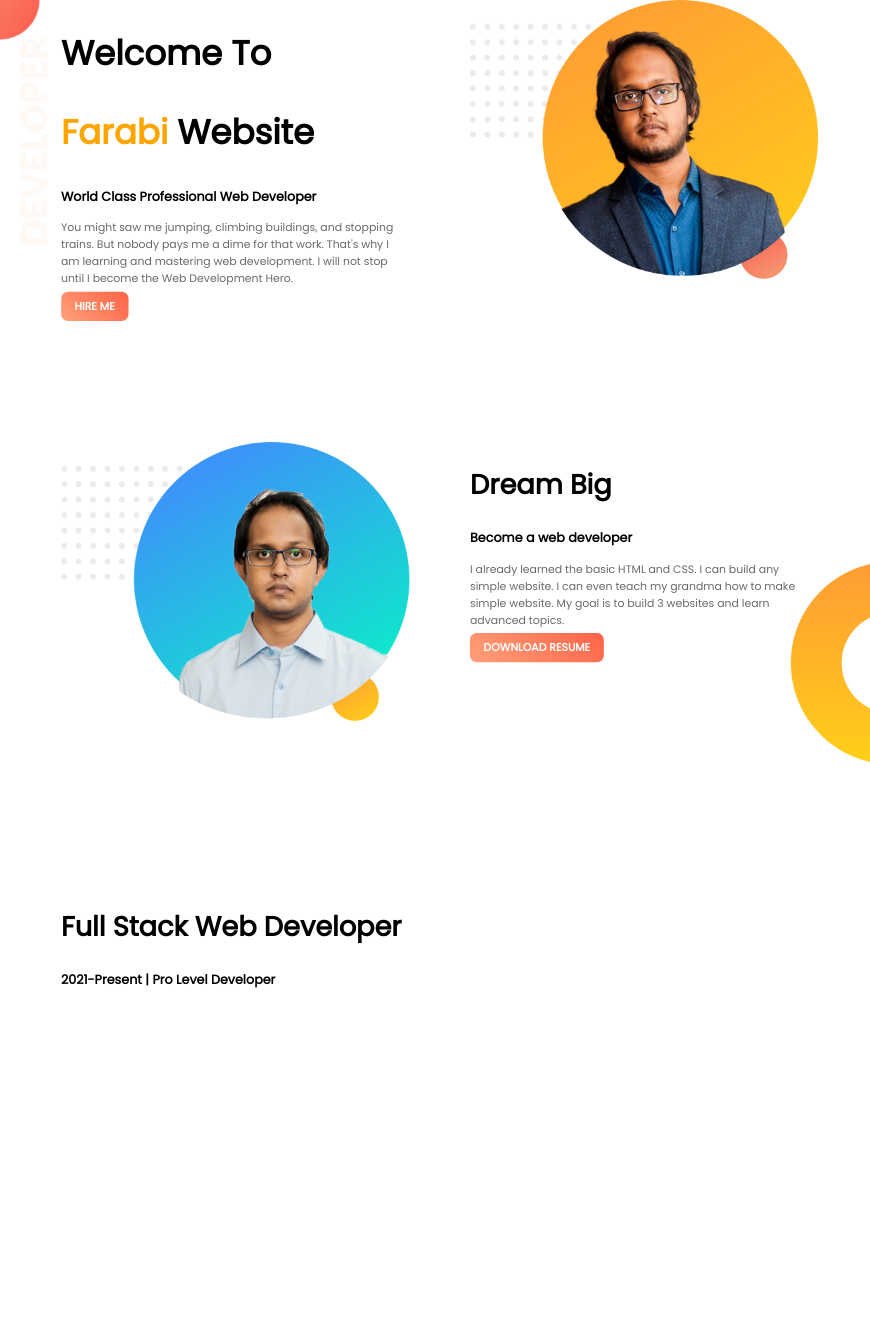
Repository: mohsinfarabi/web-portfolio
Page: index.html
The author's editor kept a copy of each file at every save. The page is drawn from the files as they stood at one save, then again after the next save.
The browser window is 1280 px wide. The pictures show the whole page, at 68% of full size.

Above is the page before, as saved 2020-06-30 23:42:58.

After the next save:
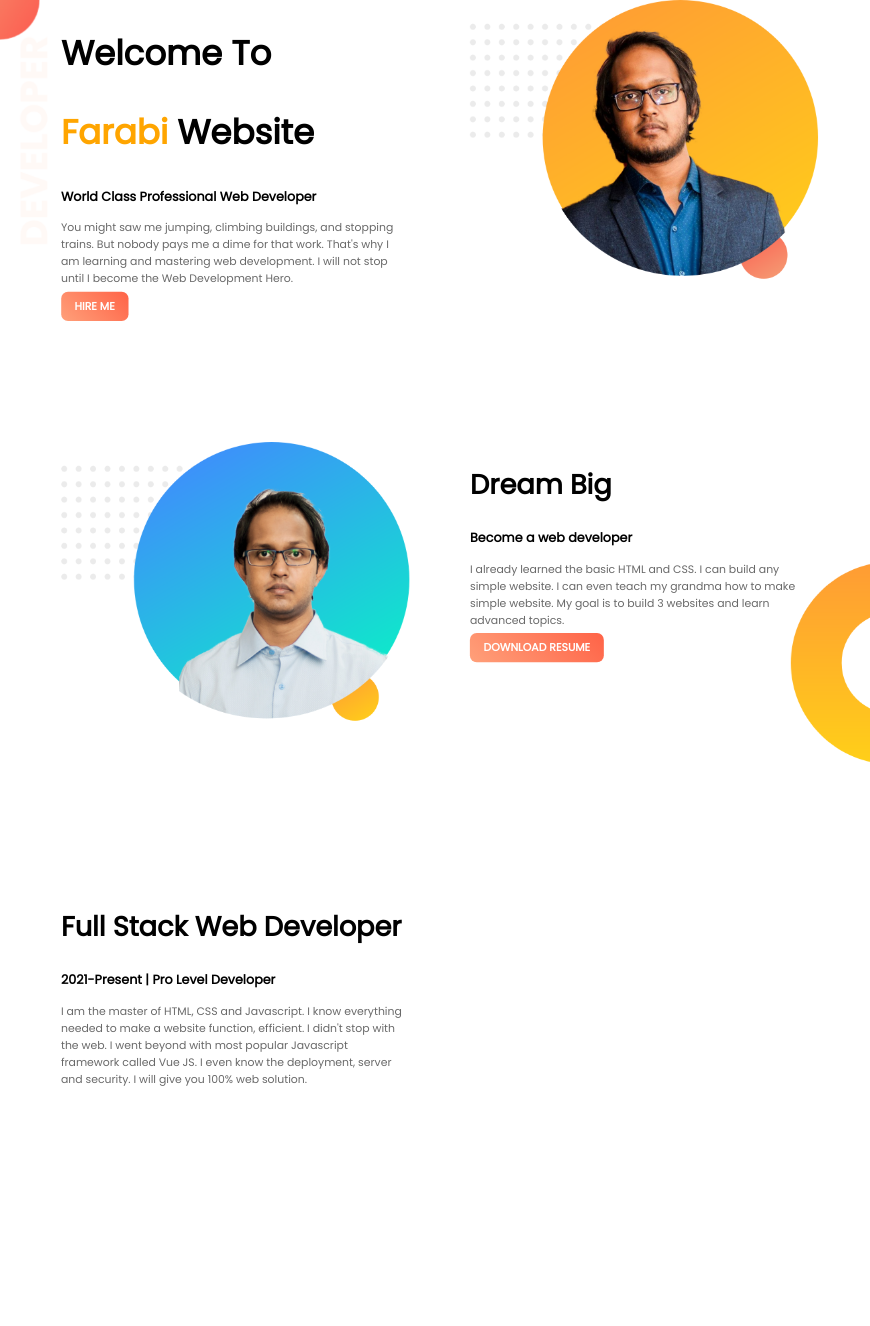
Saved 24 s later.
--- a/index.html
+++ b/index.html
@@ -38,6 +38,8 @@
         <div class="half-width">
             <h2>Full Stack Web Developer</h2>
             <h3>2021-Present | Pro Level Developer</h3>
+            <p>I am the master of HTML, CSS and Javascript. I know everything needed to make a website function, efficient. I didn't stop with the web. I went beyond with most popular Javascript framework called Vue JS. I even know the deployment, server
+                and security. I will give you 100% web solution.</p>
         </div>
         <div class="half-width">
 
